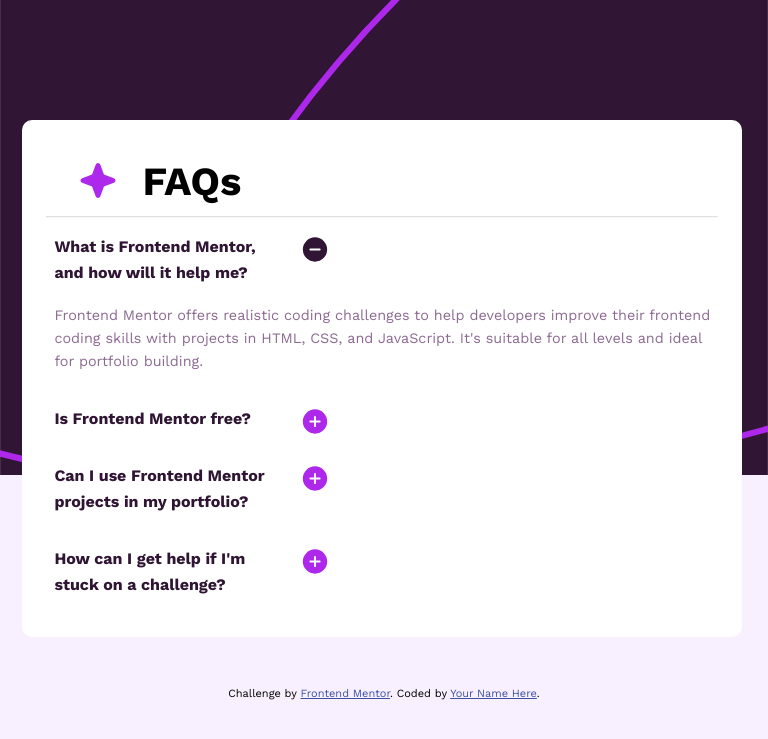
Repository: imokha01/accordion-main
Page: index.html
An editor plug-in stored every save of this project. The page is shown before and after the next save, followed by the edit.
The browser window is 768 px wide. The pictures show the whole page.
After loading, the first visible `div.title` was clicked once.

Above is the page before, as saved 2023-12-26 11:40:40.

After the next save:
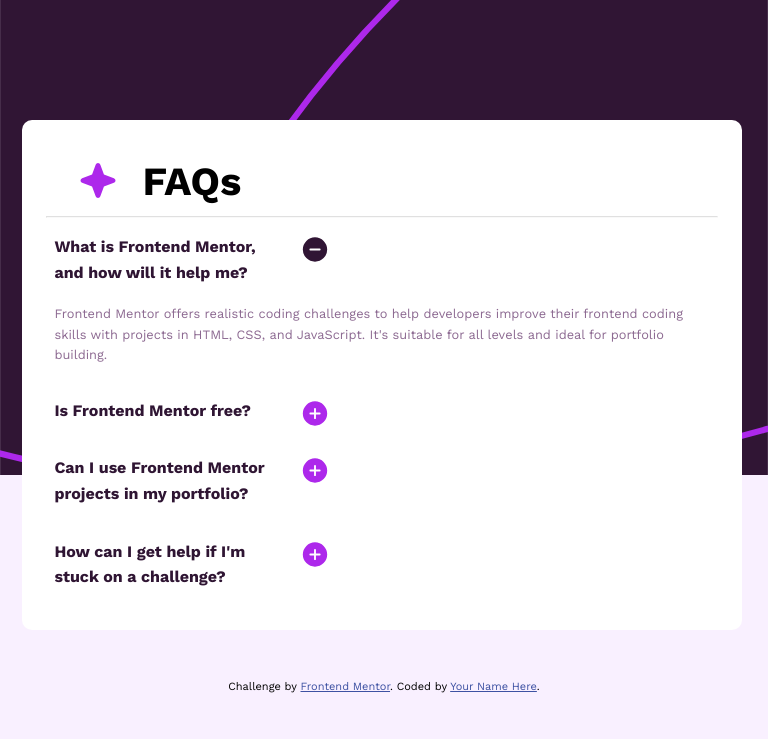
Saved 4 s later.
--- a/index.css
+++ b/index.css
@@ -153,6 +153,6 @@
     }
 
     .para {
-        font-size: .9rem;
+        font-size: .8rem;
     }
 }

After the save that followed:
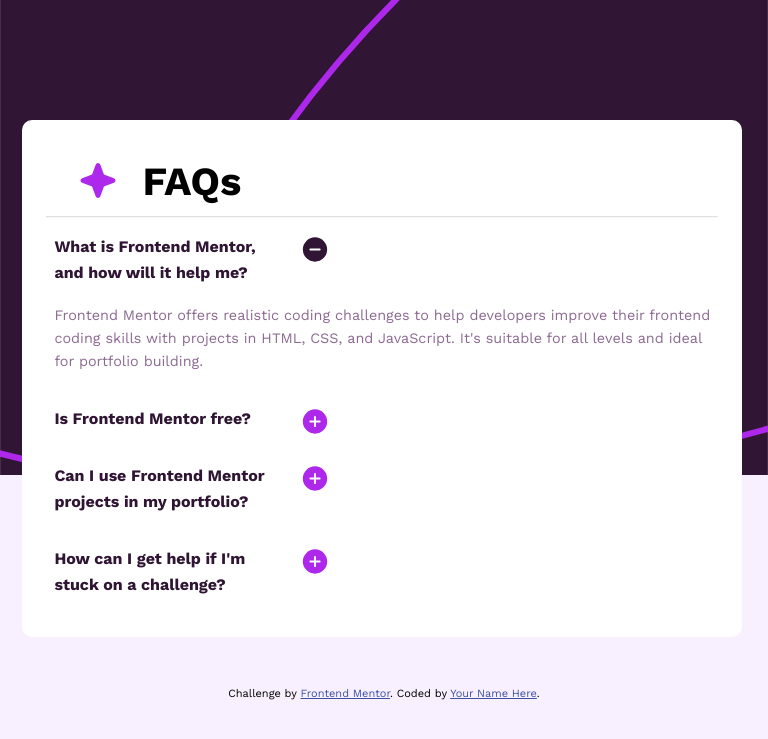
Saved 9 s later.
--- a/index.css
+++ b/index.css
@@ -153,6 +153,6 @@
     }
 
     .para {
-        font-size: .8rem;
+        font-size: .8.3rem;
     }
 }
